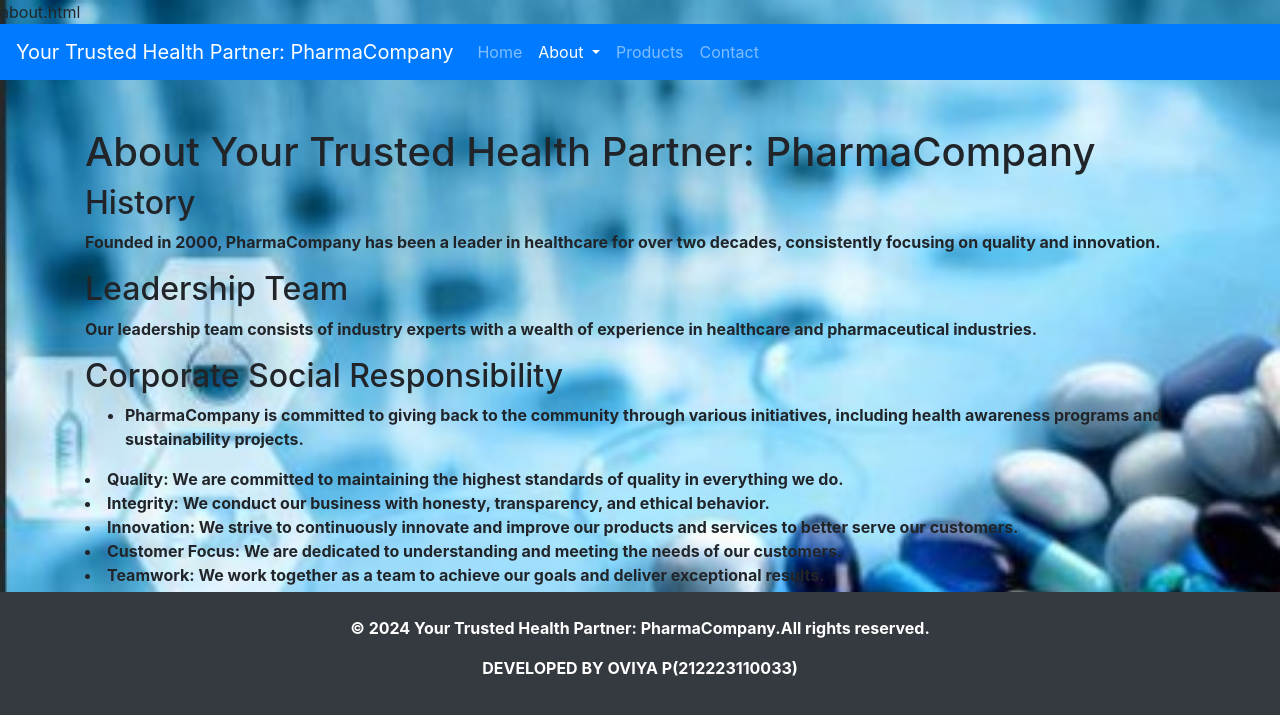
Repository: Oviya24032K6/Pharma
Page: oviya/pharmapp/static/about.html
The author's editor kept a copy of each file at every save. The page is drawn from the files as they stood at one save, then again after the next save.
The browser window is 1280 px wide. The pictures show the whole page.

Above is the page before, as saved 2024-05-07 08:34:21.

### oviya/pharmapp/static/about.html
about.html

<!DOCTYPE html>
<html lang="en">
<head>
  <meta charset="UTF-8">
  <meta name="viewport" content="width=device-width, initial-scale=1.0">
  <title> Your Trusted Health Partner: PharmaCompany</title>
  <!-- Bootstrap CSS -->
  <link href="https://stackpath.bootstrapcdn.com/bootstrap/4.5.2/css/bootstrap.min.css" rel="stylesheet">
  <!-- Custom CSS -->
  <style>
    body {
      background-image: url("hehe.jpg");
      background-size: cover;
      background-repeat: no-repeat;
    }
    footer{
    position: fixed;
      left: 0;
      bottom: 0;
      width: 100%;
      background-color: #030508;
      color: white;
      text-align: center;
      padding: 10px 0;
    }
  </style>
</head>
<body>

  <!-- Navbar -->
  <nav class="navbar navbar-expand-lg navbar-dark bg-primary">
    <a class="navbar-brand" href="#"> Your Trusted Health Partner: PharmaCompany</a>
    <button class="navbar-toggler" type="button" data-toggle="collapse" data-target="#navbarSupportedContent" aria-controls="navbarSupportedContent" aria-expanded="false" aria-label="Toggle navigation">
      <span class="navbar-toggler-icon"></span>
    </button>

    <div class="collapse navbar-collapse" id="navbarSupportedContent">
      <ul class="navbar-nav mr-auto">
        <li class="nav-item">
          <a class="nav-link" href="web.html">Home</a>
        </li>
        <li class="nav-item dropdown active">
          <a class="nav-link dropdown-toggle" href="about.html" id="navbarDropdownAbout" role="button" data-toggle="dropdown" aria-haspopup="true" aria-expanded="false">
            About
          </a>
          <div class="dropdown-menu" aria-labelledby="navbarDropdownAbout">
            <a class="dropdown-item" href="#vision">Vision</a>
            <a class="dropdown-item" href="#mission">Mission</a>
            <a class="dropdown-item" href="#values">Values</a>
            <!-- Add more subheadings as needed -->
          </div>
        </li>
        <li class="nav-item">
          <a class="nav-link" href="product.html">Products</a>
        </li>
        <li class="nav-item">
          <a class="nav-link" href="#">Contact</a>
        </li>
      </ul>
    </div>
  </nav>

  <!-- Page Content -->
  <b>
  <div class="container mt-5">
    <div class="row">
      <div class="col-md-12">
        <h1>About  Your Trusted Health Partner: PharmaCompany</h1>
      <i>  <div id="HISTORY"> </i>
          <h2>History</h2>
          <p>Founded in 2000, PharmaCompany has been a leader in healthcare for over two decades, consistently focusing on quality and innovation.</p>
        </div>
        <div id="LEADERSHIP">
          <h2>Leadership Team</h2>
          <p>Our leadership team consists of industry experts with a wealth of experience in healthcare and pharmaceutical industries.</p>
        </div>
        <div id="CSR">
          <h2>Corporate Social Responsibility</h2>
          <ul>
            <li> PharmaCompany is committed to giving back to the community through various initiatives, including health awareness programs and sustainability projects.</p>
            </div></li>
            <li>Quality: We are committed to maintaining the highest standards of quality in everything we do.</li>
            <li>Integrity: We conduct our business with honesty, transparency, and ethical behavior.</li>
            <li>Innovation: We strive to continuously innovate and improve our products and services to better serve our customers.</li>
            <li>Customer Focus: We are dedicated to understanding and meeting the needs of our customers.</li>
            <li>Teamwork: We work together as a team to achieve our goals and deliver exceptional results.</li>
          </ul>
        </div>
        <!-- Add more subheadings as needed -->
      </div>
    </div>
  </div>

  <!-- Footer -->
  <footer class="bg-dark text-white text-center py-4 mt-5">
    <p>&copy; 2024  Your Trusted Health Partner: PharmaCompany.All rights reserved.</p>
    <p>DEVELOPED BY OVIYA P(212223110033)</p>
  </footer>
</b>
  <!-- Bootstrap JS -->
  <script src="https://code.jquery.com/jquery-3.5.1.slim.min.js"></script>
  <script src="https://cdn.jsdelivr.net/npm/popper.js@1.16.1/dist/umd/popper.min.js"></script>
  <script src="https://stackpath.bootstrapcdn.com/bootstrap/4.5.2/js/bootstrap.min.js"></script>
</body>
</html>

After the next save:
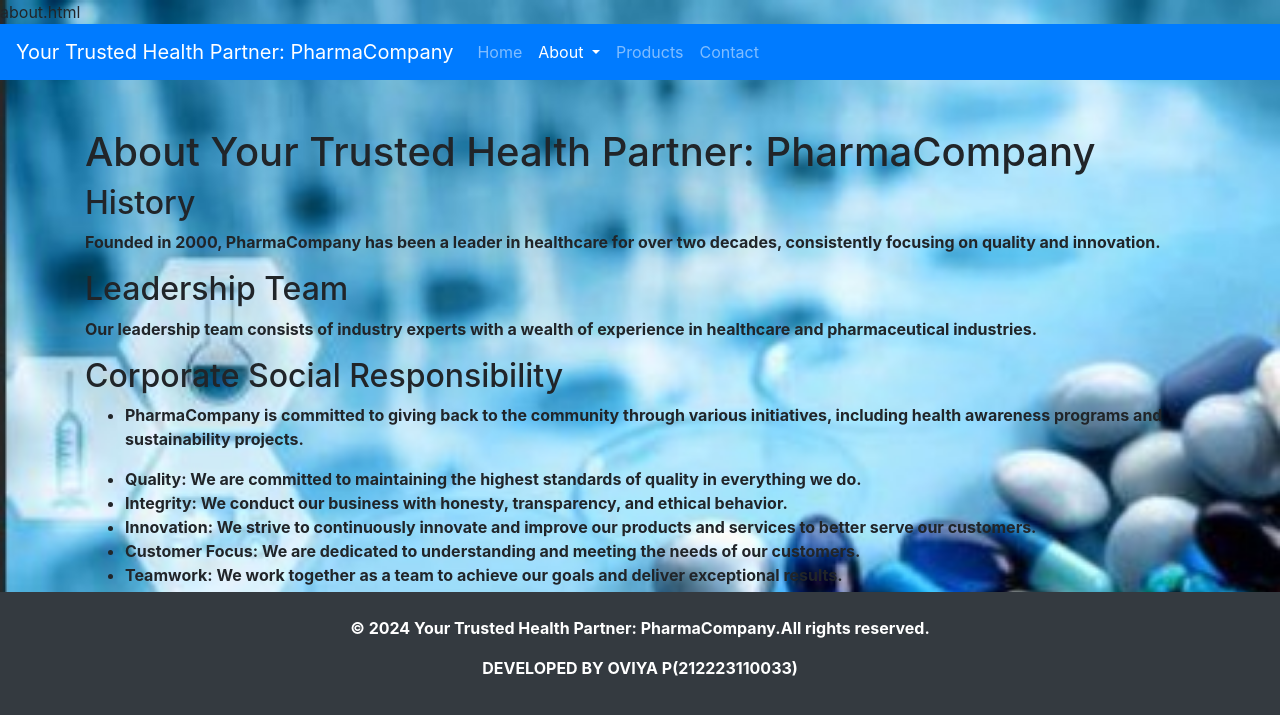
Saved 11 s later.
--- a/oviya/pharmapp/static/about.html
+++ b/oviya/pharmapp/static/about.html
@@ -79,8 +79,7 @@ about.html
         <div id="CSR">
           <h2>Corporate Social Responsibility</h2>
           <ul>
-            <li> PharmaCompany is committed to giving back to the community through various initiatives, including health awareness programs and sustainability projects.</p>
-            </div></li>
+            <li> PharmaCompany is committed to giving back to the community through various initiatives, including health awareness programs and sustainability projects.</p></li>
             <li>Quality: We are committed to maintaining the highest standards of quality in everything we do.</li>
             <li>Integrity: We conduct our business with honesty, transparency, and ethical behavior.</li>
             <li>Innovation: We strive to continuously innovate and improve our products and services to better serve our customers.</li>
